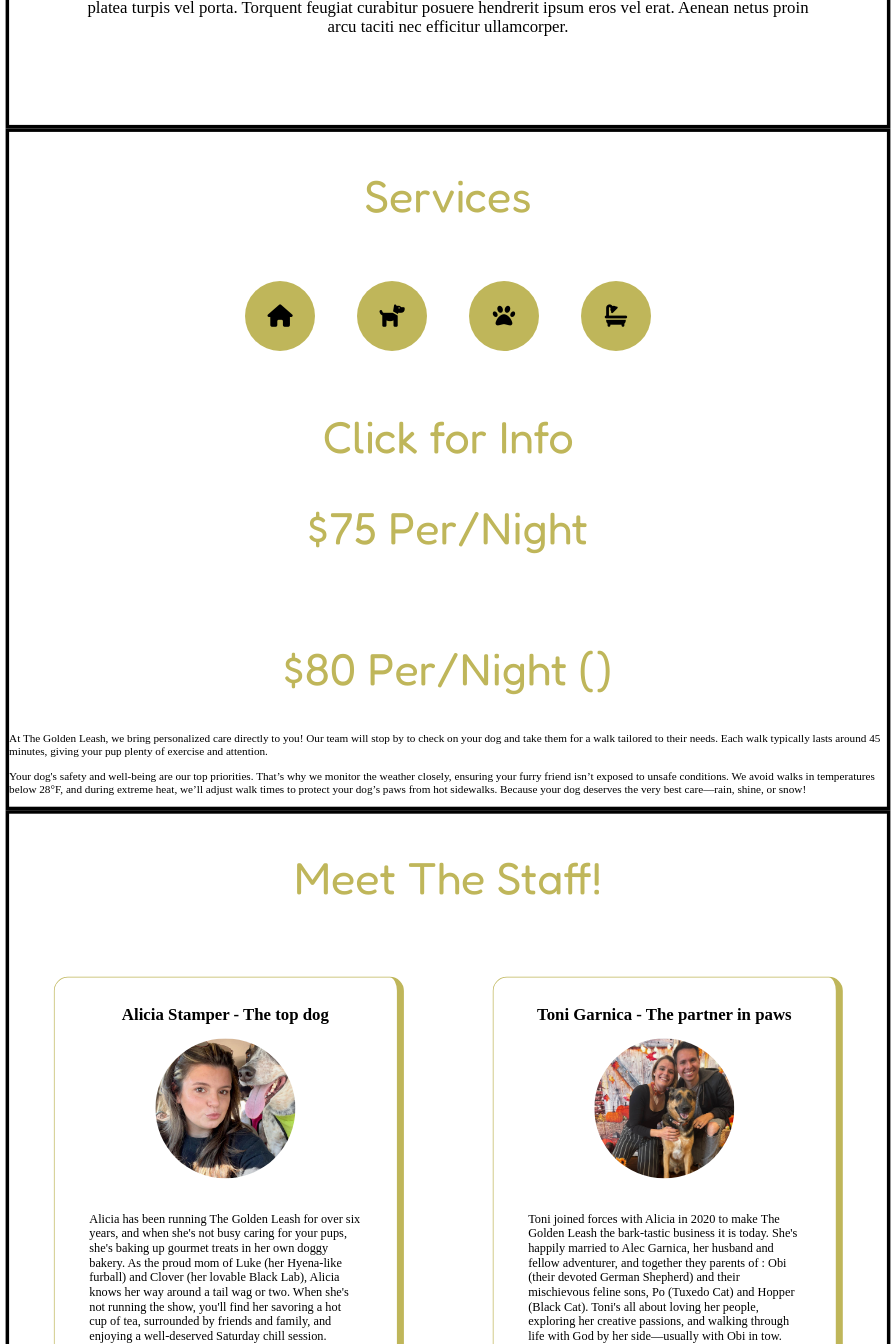
Repository: Aworminator/Thegoldenleash
Page: index.html
These files come from the project's save history. The page is drawn as it stood at one moment and after the next save; the edit follows.
The browser window is 1280 px wide. The pictures show the part of the page from y = 1109 to 3029 px (the page is 5147 px tall), at 70% of full size.

Above is the page before, as saved 2025-07-20 22:27:52.

### index.html
<!DOCTYPE html>
<html lang="en">
  <head>
    <meta charset="UTF-8" />
    <meta name="viewport" content="width=device-width, initial-scale=1.0" />
    <title>The Golden Leash</title>
    <link
      rel="stylesheet"
      href="https://cdnjs.cloudflare.com/ajax/libs/font-awesome/6.5.0/css/all.min.css"
      integrity="sha512-..."
      crossorigin="anonymous"
      referrerpolicy="no-referrer"
    />
    <link rel="stylesheet" href="style.css" />
    <link rel="preconnect" href="https://fonts.googleapis.com" />
    <link rel="preconnect" href="https://fonts.gstatic.com" crossorigin />
    <link
      href="https://fonts.googleapis.com/css2?family=Fredoka:wght@300..700&display=swap"
      rel="stylesheet"
    />

    <!-- Everything is great. Look up ideas on how to make everything else translate
    with media query. The logo is fixed, however, other things get messed up after
    the resolution hits a certain point. Figure out how to fix that next. -->
  </head>
  <body>
    <section class="home-page">
      <div class="image-container">
        <div>
          <img src="./Images/GoldenLeashLogo No Nose.png" class="logo" />
        </div>

        <ul class="list">
          <li class="list-item" data-target="our-story">Our Story</li>
          <li class="list-item" data-target="services">Services</li>
          <li class="list-item" data-target="contact">Contact Us</li>
        </ul>
      </div>
    </section>

    <section class="our-story">
      <h1>Our Story</h1>
      <p class="story-info info">
        Lorem ipsum odor amet, consectetuer adipiscing elit. Aenean quis
        bibendum condimentum mauris primis integer sollicitudin porttitor.
        Blandit condimentum aptent condimentum orci rhoncus pellentesque euismod
        a. Varius imperdiet fermentum aptent mollis sem eu. Mattis ante pharetra
        quisque nam odio nascetur per. Vitae pellentesque massa facilisi
        maecenas ligula felis. Tristique pulvinar iaculis inceptos lectus elit
        fusce. <br /><br />
        Nisl erat purus sem imperdiet varius erat taciti cursus. Leo ante lectus
        potenti lacus viverra senectus commodo fringilla. Imperdiet est
        parturient ornare imperdiet tempor vulputate. Parturient porttitor
        quisque platea turpis vel porta. Torquent feugiat curabitur posuere
        hendrerit ipsum eros vel erat. Aenean netus proin arcu taciti nec
        efficitur ullamcorper.
      </p>
    </section>

    <section class="services">
      <h1>Services</h1>
      <div class="icon-container">
        <i class="fa-solid fa-house icon" id="boarding"></i>
        <i class="fa-solid fa-dog icon" id="daycare"></i>
        <i class="fa-solid fa-paw icon" id="walks"></i>
        <i class="fa-solid fa-bath icon" id="grooming"></i>
      </div>
      <h1>Click for Info</h1>
      <p class="service-info info" id="boarding">
        At The Golden Leash, our boarding service is truly cage-free—your dog enjoys a comfortable, home-like environment 24/7 with no kennels or crates. We believe every pup deserves freedom, companionship, and personalized attention, so they’re never confined and always part of the family. <br /><br />
        For dogs who prefer familiar surroundings, we also offer in-home boarding. Our trusted staff can stay at your home, ensuring your dog’s routine and comfort are maintained while you’re away. Whether at our place or yours, your dog receives loving care, playtime, and relaxation—just like they’re at home!
      </p>
      <p class="service-info info" id="daycare">
        At The Golden Leash, our doggy daycare is a great environment where your pup can play, socialize, and relax just like at home. We believe dogs thrive when they’re free to interact and explore, so we provide supervised group play and plenty of space for every personality. <br /><br />
        Our experienced staff ensures each dog’s safety and comfort, offering personalized attention throughout the day. Whether your dog loves to romp with friends or prefers quiet time, we tailor their experience to meet their needs. Give your dog a fun, stress-free day—no cages, just care!
      </p>
      <p class="service-info info" id="walks">
        <h1>$75 Per/Night</h1>
        <br>
        <h1>$80 Per/Night ()</h1>
        At The Golden Leash, we bring personalized care directly to you! Our
        team will stop by to check on your dog and take them for a walk tailored
        to their needs. Each walk typically lasts around 45 minutes, giving your
        pup plenty of exercise and attention. <br /><br />
        Your dog's safety and well-being are our top priorities. That’s why we
        monitor the weather closely, ensuring your furry friend isn’t exposed to
        unsafe conditions. We avoid walks in temperatures below 28°F, and during
        extreme heat, we’ll adjust walk times to protect your dog’s paws from
        hot sidewalks. Because your dog deserves the very best care—rain, shine,
        or snow!
      </p>
      <p class="service-info info" id="grooming">
        At The Golden Leash, our grooming service is designed to keep your dog looking and feeling their best in a stress-free, cage-free environment. We offer baths, brush-outs, nail trims, ear cleaning, and more—always tailored to your pup’s needs and comfort. <br /><br />
        Our experienced staff uses gentle techniques and high-quality products to ensure a safe, positive experience for every dog. Whether your pup needs a quick freshen-up or a full spa treatment, we provide personalized care with plenty of love and attention. Book a grooming session and let your dog shine!
      </p>
    </section>

    <section class="staff">
      <h1>Meet The Staff!</h1>
      <div id="staff-cards"></div>
    </section>

    <section class="contact">
      <h1>Contact Us</h1>
      <form class="contact-form">
        <div class="form-group">
          <label for="name">Name</label>
          <input type="text" id="name" name="name" required />
        </div>
        <div class="form-group">
          <label for="email">Email</label>
          <input type="email" id="email" name="email" required />
        </div>
        <div class="form-group">
          <label for="message">Message</label>
          <textarea id="message" name="message" rows="5" required></textarea>
        </div>
        <button type="submit" class="contact-btn">Send Message</button>
      </form>
    </section>
    <script src="script.js"></script>
  </body>
</html>

### style.css
h1 {
  font-family: "Fredoka", serif;
  font-optical-sizing: auto;
  font-weight: 400; /* Replace <weight> with a valid value */
  font-style: normal;
  color: #bfb65a;
  font-variation-settings: "wdth" 100;
  text-align: center;
  font-size: 4em;
}

h2 {
  text-align: center;
}

.image-container {
  display: flex;
  flex-direction: row;
  justify-content: space-around;
}

.home-page {
  border: black solid 5px;
  min-height: 50vh;
}

.services,
.staff,
.contact,
.our-story {
  border: black solid 5px;
  min-height: 600px;
}

.logo {
  width: 100%;
  max-width: 600px; /* or whatever the largest size you want */
  height: auto;
  display: block;
}

.list {
  font-size: 3em;
  padding: 50px;
}

li {
  font-family: "Fredoka", serif;
  font-optical-sizing: auto;
  font-weight: 400; /* Replace <weight> with a valid value */
  font-style: normal;
  color: #bfb65a;
  font-variation-settings: "wdth" 100;
  font-size: 1.3em;
  margin-bottom: 80px;
  text-shadow: 3px 3px 0px rgba(191, 183, 90, 0.336),
    0 0 16px rgba(191, 182, 90, 0.25);
}

.icon-container {
  display: flex;
  justify-content: center;
}

.icon {
  background-color: #bfb65a;
  width: 100px;
  aspect-ratio: 1 / 1;
  border-radius: 50%;
  display: flex;
  justify-content: center;
  align-items: center;
  font-size: 2em;
  margin: 30px;
}

.icon:hover,
.list-item:hover {
  transform: scale(1.1);
  transition: transform 0.2s;
}

.icon:active,
.list-item:active {
  transform: scale(0.9);
  transition: transform 0.2s;
}

.service-info,
.story-info {
  text-align: center;
  font-size: 1.5rem;
  margin: 100px;
}

.service-info {
  display: none;
  background-color: rgb(182, 182, 182);
  border-radius: 10px;
  padding: 5px;
  animation: slide-fwd-tr 1.3s cubic-bezier(0.25, 0.46, 0.45, 0.94) both;
}

.card {
  width: 100%;
  max-width: 500px;
  border: none;
  border-bottom: 10px solid #bfb65a;
  border-right: 10px solid #bfb65a;
  border-top: 1px solid #bfb65a;
  border-left: 1px solid #bfb65a;
  border-radius: 20px;
  display: flex;
  flex-direction: column;
  justify-content: flex-start;
  align-items: center;
  margin: 50px;
  padding: 20px;
  box-sizing: border-box;
  overflow-wrap: break-word;
  word-wrap: break-word;
}

.profile-pic {
  height: 200px;
  border-radius: 50%;
  object-fit: cover;
  object-position: top;
  width: 200px;
}

.profile-pic:hover {
  transform: scale(1.15);
  transition: transform 0.2s;
}

#staff-cards {
  display: flex;
  flex-direction: row;
  flex-wrap: wrap;
  align-items: center;
  justify-content: space-around;
}

.staff-info {
  padding: 30px;
  font-size: 1.1em;
}

@keyframes slide-fwd-tr {
  0% {
    opacity: 0%;
    transform: translateZ(180px) translateY(120px) translateX(-120px);
  }
  100% {
    opacity: 100%;
    transform: translateZ(0px) translateY(0px) translateX(0px);
  }
}

@media (max-width: 900px) {
  .image-container {
    flex-direction: column;
    align-items: center;
  }

  .info {
    font-size: 0.8em;
    width: 50%;
    /* figure out a way to make this wider */
  }

  .icon {
    font-size: 1.4em;
    margin: 15px;
  }

  .staff-info {
    font-size: 1.2em;
    overflow: visible;
    padding: 10px;
  }

  .card {
    margin: 20px;
    padding: 20px;
  }

  h1 {
    font-size: 2.5em;
  }

  li {
    font-size: 1em;
  }

  h2 {
    font-size: 1.2em;
    padding: 5px;
  }
}

@media (max-width: 600px) {
  .contact-form {
    padding: 18px 8px 14px 8px;
    max-width: 95vw;
  }
}

/* Contact Form Styles */
.contact-form {
  max-width: 500px;
  margin: 40px auto 0 auto;
  border-radius: 16px;
  box-shadow: 0 4px 24px rgba(191, 182, 90, 0.15);
  padding: 32px 28px 24px 28px;
  display: flex;
  flex-direction: column;
  gap: 18px;
}
.form-group {
  display: flex;
  flex-direction: column;
  gap: 6px;
}
.contact-form label {
  font-size: 1.1em;
  color: black;
  font-weight: 600;
  margin-bottom: 2px;
}
.contact-form input,
.contact-form textarea {
  padding: 10px 12px;
  border: 1.5px solid black;
  border-radius: 8px;
  font-size: 1em;
  font-family: inherit;
  transition: border 0.2s;
}
.contact-form input:focus,
.contact-form textarea:focus {
  outline: none;
  border: 2px solid black;
}
.contact-btn {
  background: #bfb65a;
  color: #fff;
  border: none;
  border-radius: 8px;
  padding: 12px 0;
  font-size: 1.1em;
  font-weight: 700;
  cursor: pointer;
  margin-top: 10px;
  box-shadow: 0 2px 8px rgba(191, 182, 90, 0.12);
  transition: background 0.2s, transform 0.2s;
}
.contact-btn:hover {
  background: #a49e4a;
  transform: translateY(-2px) scale(1.03);
}

### script.js
const staffMembers = [
  {
    name: "Alicia Stamper",
    title: "The top dog",
    image: "./Images/Staff Pictures/Alicia TGL Picture.jpg",
    info: "Alicia has been running The Golden Leash for over six years, and when she's not busy caring for your pups, she's baking up gourmet treats in her own doggy bakery. As the proud mom of Luke (her Hyena-like furball) and Clover (her lovable Black Lab), Alicia knows her way around a tail wag or two. When she's not running the show, you'll find her savoring a hot cup of tea, surrounded by friends and family, and enjoying a well-deserved Saturday chill session.",
  },
  {
    name: "Toni Garnica",
    title: "The partner in paws",
    image: "./Images/Staff Pictures/Toni TGL Picture.jpg",
    info: "Toni joined forces with Alicia in 2020 to make The Golden Leash the bark-tastic business it is today. She's happily married to Alec Garnica, her husband and fellow adventurer, and together they parents of : Obi (their devoted German Shepherd) and their mischievous feline sons, Po (Tuxedo Cat) and Hopper (Black Cat). Toni's all about loving her people, exploring her creative passions, and walking through life with God by her side—usually with Obi in tow.",
  },
  {
    name: "Brooke Edwards",
    title: "The Ball of Energy",
    image: "./Images/Staff Pictures/Brooke TGL Picture.jpg",
    info: "Since 2021, Brooke has been bringing boundless enthusiasm to The Golden Leash team. Happily married to her husband, Elijah, Brooke is also the proud mom of Sadie, her adorable Doodle, who's got the fluffiest tail wag around. Whether it's playing with the pups or brightening everyone's day, Brooke's energy is as contagious as Sadie's zoomies.",
  },
  {
    name: "Carolyn Lesko",
    title: "The Wildcard",
    image: "./Images/Staff Pictures/Carolyn TGL Picture.jpg",
    info: "Carolyn is the undisputed wildcard of The Golden Leash crew. Whether she's quoting tik tok meme's, playing a mean game of Gang Beasts on her days off, or keeping things exciting, Carolyn keeps us all on our toes. She's the proud mom of her dog (to be named and praised at a later date). Fun fact: Carolyn is allergic to grass and being on time.",
  },
  {
    name: "Lisa",
    title: "The Backbone of the pack",
    image: "./Images/Staff Pictures/Lisa and rip Van Winkle.png",
    info: "Lisa is the kind of hard worker who makes everything run like clockwork at The Golden Leash. With her unmatched dedication and a can-do attitude, she's the go-to person for getting things done. Whether it's caring for pups, organizing schedules, or simply being awesome, Lisa brings a level of expertise and warmth that every team dreams of having. We're lucky to have her!",
  },
];

const story = document.querySelector("#story");
const services = document.querySelector("#services");
const contact = document.querySelector("#contact");
const house = document.querySelector(".fa-house");
const dog = document.querySelector(".fa-dog");
const paw = document.querySelector(".fa-paw");
const bath = document.querySelector(".fa-bath");
const serviceInfo = document.querySelector(".service-info");
const boarding = document.querySelector("#boarding");
const grooming = document.querySelector("#grooming");
const walks = document.querySelector("#walks");
const daycare = document.querySelector("#daycare");
const service = document.querySelector(".services");
const staffCards = document.querySelector("#staff-cards");
const iconContainer = document.querySelectorAll(".icon-container i");

let allSections = document.querySelectorAll(".service-info");

// Loop for the list items.

// FIX THIS. Make it go to each section class.
document.querySelectorAll(".list-item").forEach((list) => {
  list.addEventListener("click", () => {
    const targetID = list.id;
    const targetSection = document.getElementById(targetID);

    if (targetSection) targetSection.scrollIntoView({ behavior: "smooth" });
  });
});

// Loop for the icons.
iconContainer.forEach((icon) => {
  icon.addEventListener("click", () => {
    const sectionId = icon.id;

    allSections.forEach((section) => {
      section.style.display = section.id === sectionId ? "block" : "none";
    });
    const targetSection = document.getElementById(sectionId);
    if (targetSection) targetSection.scrollIntoView({ behavior: "smooth" });
  });
});

staffMembers.forEach((person) => {
  const newCard = document.createElement("div");
  newCard.classList.add("card");
  newCard.innerHTML = `<h2>${person.name} - ${person.title}</h2>
          <img
            src="${person.image}"
            alt="${person.name} Profile-Pic"
            class="profile-pic"
          />
          <p class="staff-info info">
            ${person.info}
          </p>`;
  staffCards.appendChild(newCard);
});

After the next save:
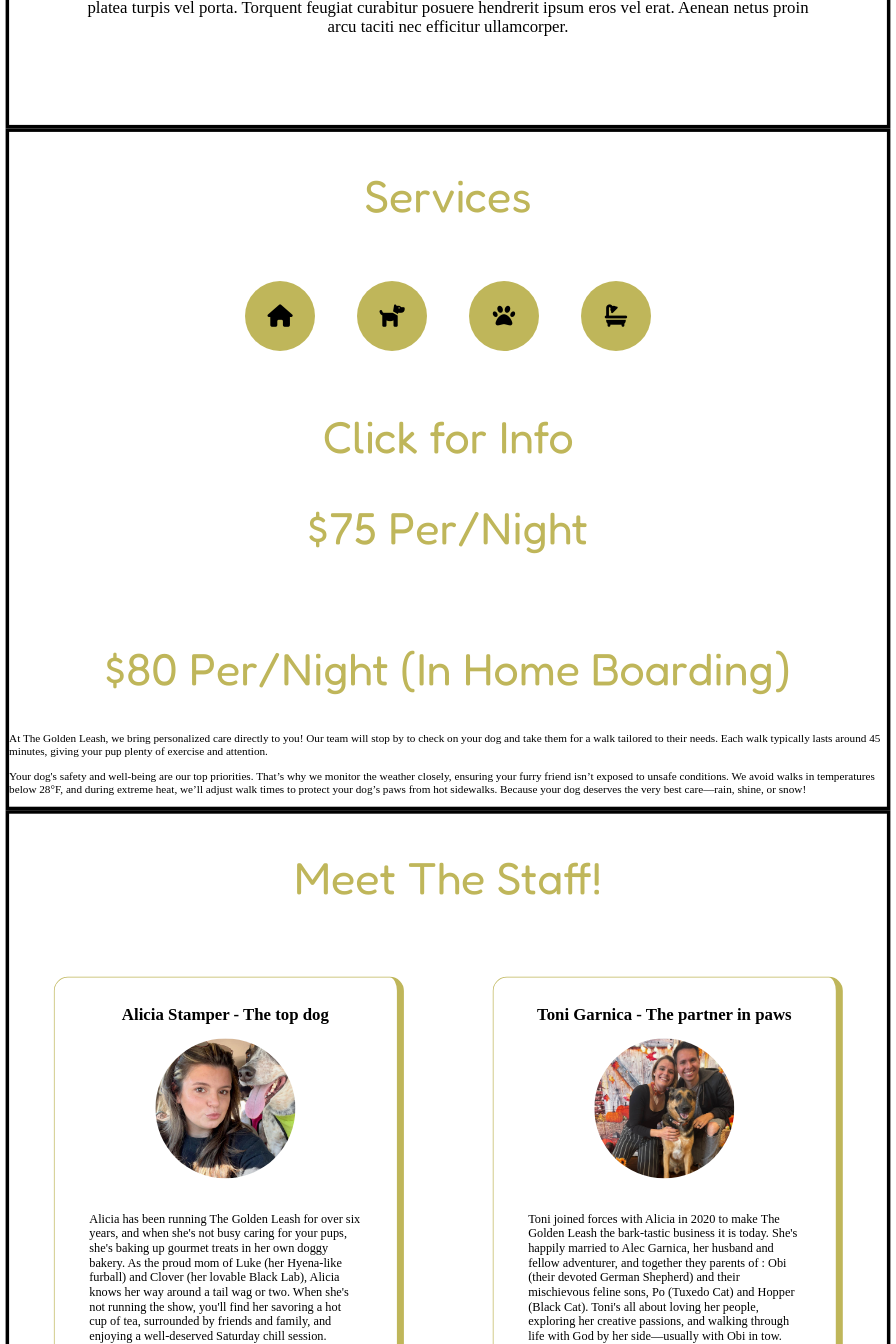
Saved 4 s later.
--- a/index.html
+++ b/index.html
@@ -77,7 +77,7 @@
       <p class="service-info info" id="walks">
         <h1>$75 Per/Night</h1>
         <br>
-        <h1>$80 Per/Night ()</h1>
+        <h1>$80 Per/Night (In Home Boarding)</h1>
         At The Golden Leash, we bring personalized care directly to you! Our
         team will stop by to check on your dog and take them for a walk tailored
         to their needs. Each walk typically lasts around 45 minutes, giving your
